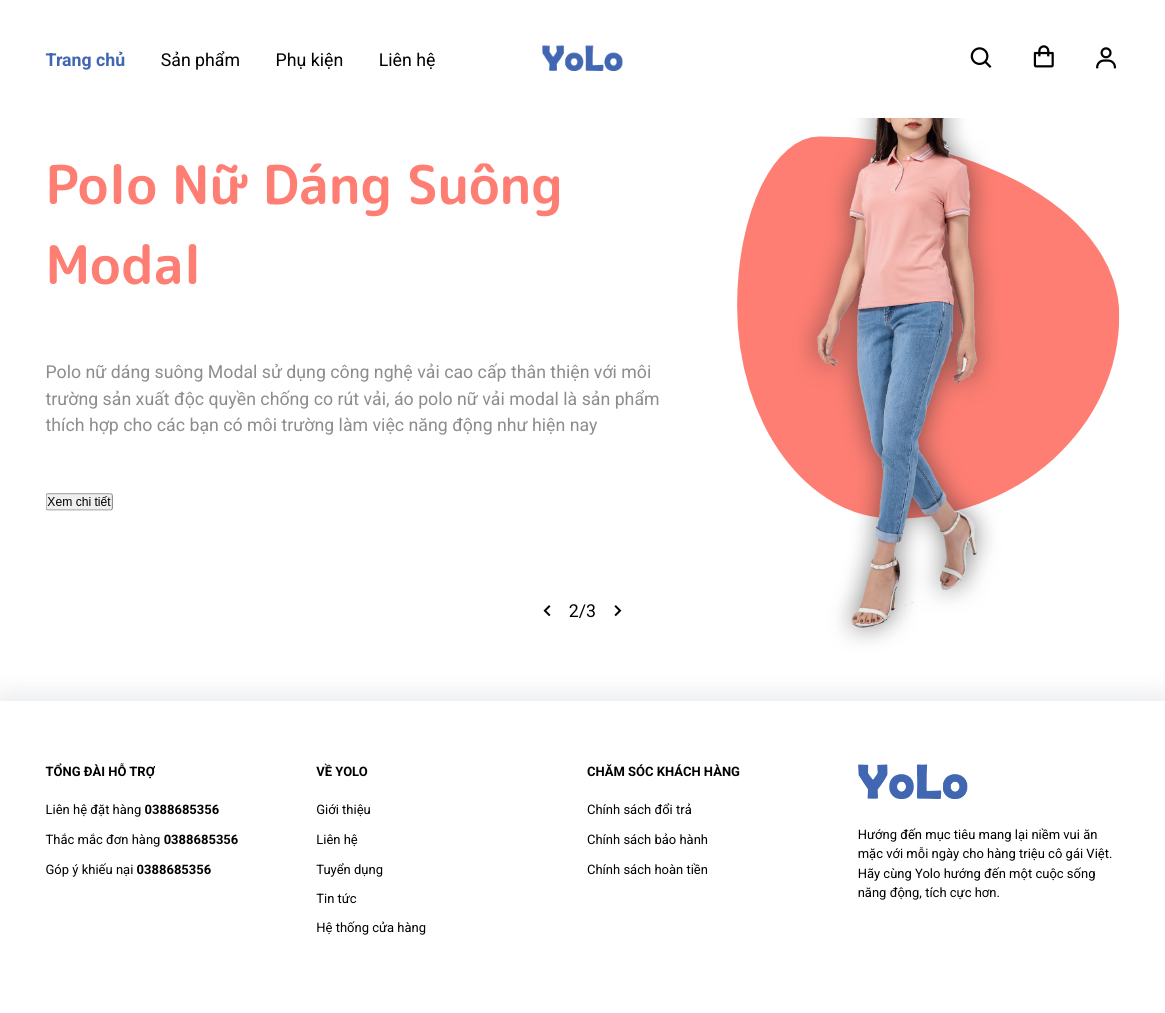
Repository: NguyenThanhBinh1210/Binh-React
Page: / (app in yoloshop/)
The author's editor kept a copy of each file at every save. The page is drawn from the files as they stood at one save, then again after the next save.
The browser window is 1280 px wide. The pictures show the whole page, at 91% of full size.
The project was rebuilt for these pictures with package versions that can differ from the ones it lists, and the page was loaded fresh each time. A package was used in the major version that the imports need, not the one package.json lists. Also part of the build but not shown: yoloshop/src/pages/Product.jsx, yoloshop/src/pages/Catalog.jsx, yoloshop/src/pages/Cart.jsx, yoloshop/src/pages/Accessory.jsx, yoloshop/src/pages/Contact.jsx.

Above is the page before, as saved 2021-11-25 16:51:43.

After the next save:
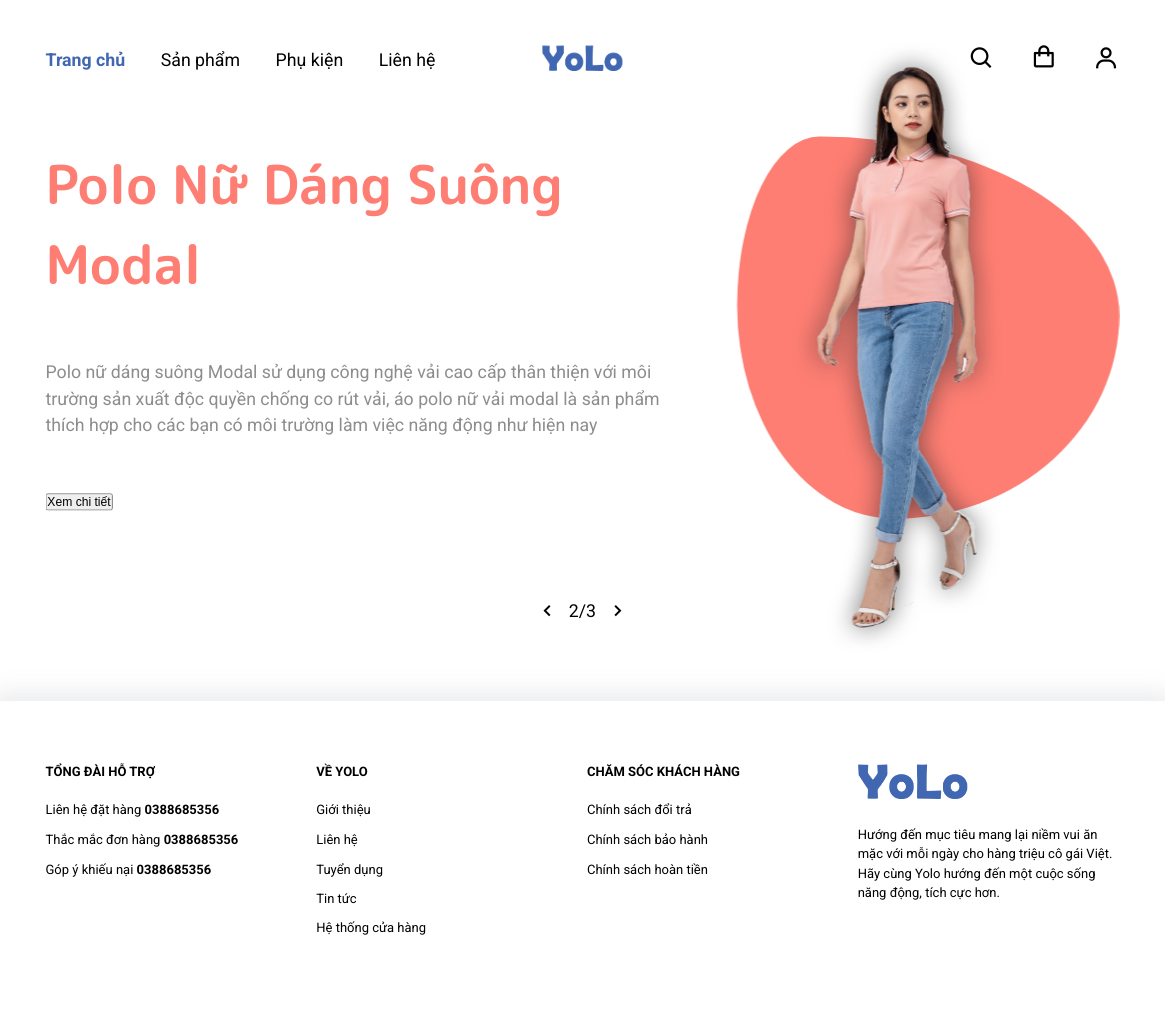
Saved 62 s later.
--- a/yoloshop/src/sass/components/_hero-slider.scss
+++ b/yoloshop/src/sass/components/_hero-slider.scss
@@ -95,6 +95,7 @@
 			position: relative;
 			height: 100%;
 			pointer-events: none;
+			z-index: 100;
 			@include tablet {
 				width: 100%;
 				height: 60%;
